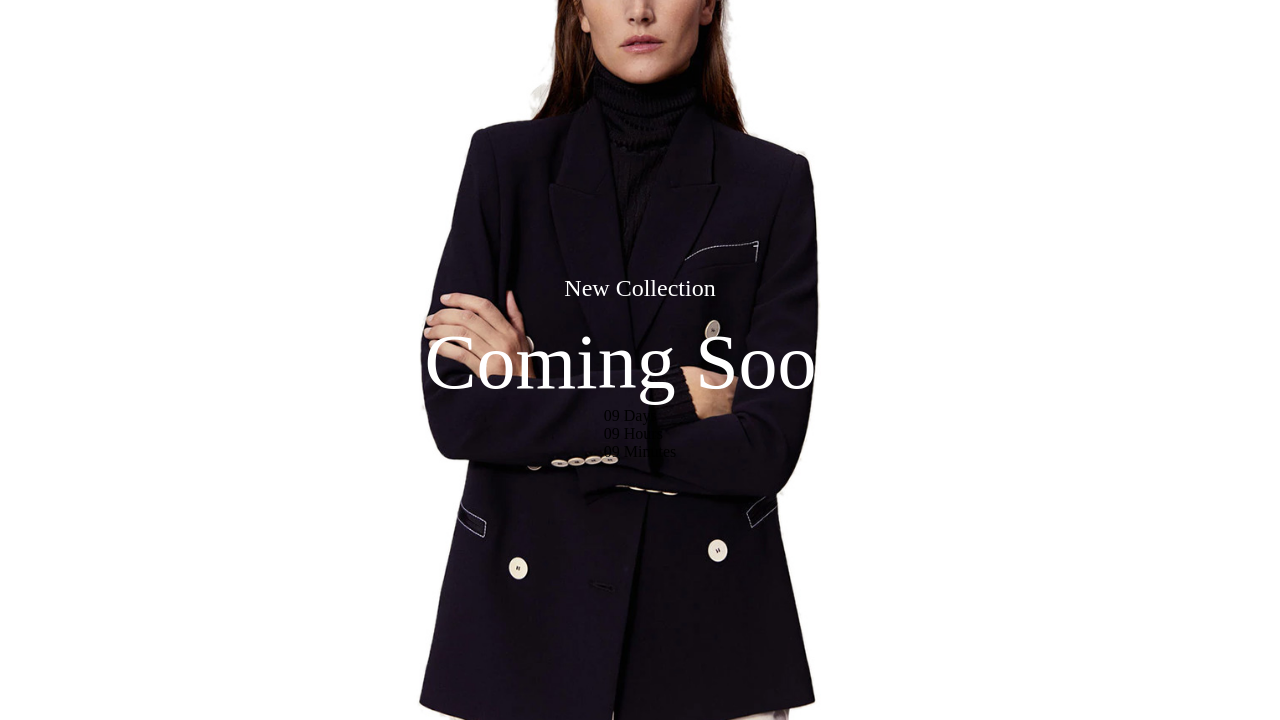
Repository: ST-United-Internship/Modaz-4life
Page: comingsoon&FAQ/coming-soon.html
An editor plug-in stored every save of this project. The page is shown before and after the next save, followed by the edit.
The browser window is 1280 px wide. The pictures show the whole page.

Above is the page before, as saved 2023-03-21 14:45:09.

### comingsoon&FAQ/coming-soon.html
<!DOCTYPE html>
<html lang="en">
<head>
    <meta charset="UTF-8">
    <meta http-equiv="X-UA-Compatible" content="IE=edge">
    <meta name="viewport" content="width=device-width, initial-scale=1.0">
    <link rel="stylesheet" type="text/css" href="css/layout.css">
    <title>Document</title>
</head>
<body>
    <section class="container">
        <img src="Assets/Images/bg-parallax2.jpg" alt="">
        <header>New Collection</header>
        <p>Coming Soon</p>
        <div class="time-titles">
            <div class="time days">
                <span class="number">09</span>
                <span class="days-text">Days</span>
            </div>
            <div class="time hours">
                <span class="number">09</span>
                <span class="hours-text">Hours</span>
            </div>
            <div class="time minutes">
                <span class="number">09</span>
                <span class="minutes-text">Minutes</span>
            </div>
        </div>
       </section>
    </section>
</body>
</html>

### comingsoon&FAQ/css/layout.css
/* *{
    margin:0;
    padding: 0;
    font-family: 'Lucida Sans', 'Lucida Sans Regular', 'Lucida Grande', 'Lucida Sans Unicode', Geneva, Verdana, sans-serif;
    box-sizing: border-box;
}

.header{
    background: red;
}


body .container{
    width: 100vw;
    height: 100vh;
    background-image: url(../Assets/Images/bg-parallax2.jpg);
    background-position: center;
    background-color: red
} */
/*
.boxed{
    background: red;
}
.parallax2{
    background-image: url(../Assets/Images/bg-parallax2.jpg);
    height: 110vh;
    background-position: center;

}

.parallax2 .overlay{
    position: absolute;
    background-position: center;
    width: 100%;
    height: 70%;
    top: 0;
    left: 0;
    background: rgba(0,0,0,.5);
} */

*{
    margin: 0;
    padding: 0;
    box-sizing: border-box;
}
.container{
    height: 100vh;
    width: 100%;
    display: flex;
    justify-content: center;
    flex-direction: column;
    overflow: hidden;
    align-items: center;
}

.container img{
    position: absolute;
    height: 100%;
    width: 100%;
    object-fit: cover;
    z-index: -1;
}

.container header{
    line-height: 58px;
    color: #fff;
    font-size: 24px;
}

.container p{
    color: #fff;
    font-size: 78px;
    line-height: 90px;
    font-weight: 500;
}

After the next save:
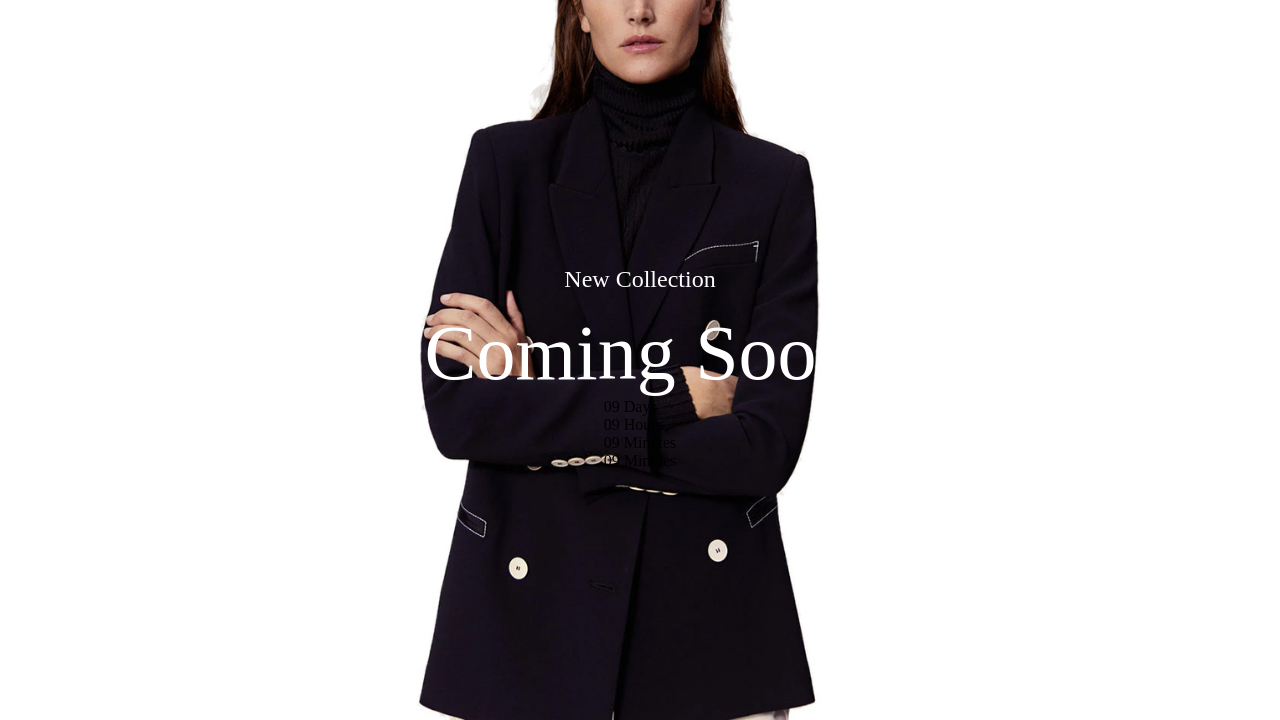
Saved 4 s later.
--- a/comingsoon&FAQ/coming-soon.html
+++ b/comingsoon&FAQ/coming-soon.html
@@ -25,6 +25,10 @@
                 <span class="number">09</span>
                 <span class="minutes-text">Minutes</span>
             </div>
+            <div class="time minutes">
+                <span class="number">09</span>
+                <span class="minutes-text">Minutes</span>
+            </div>
         </div>
        </section>
     </section>
